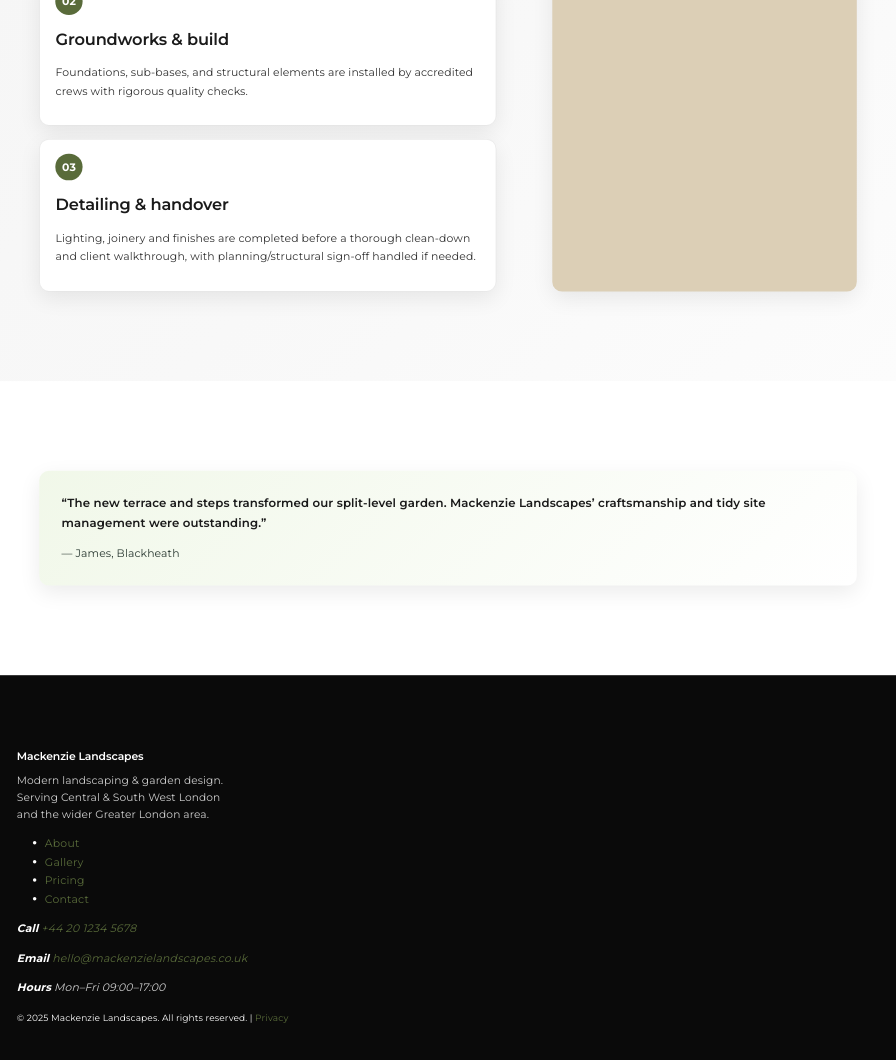
Repository: JoelMann1/MackenzieLandscapes
Page: hardscaping.html
An editor plug-in stored every save of this project. The page is shown before and after the next save, followed by the edit.
The browser window is 1280 px wide. The pictures show the part of the page from y = 1932 to 3852 px (the page is 3446 px tall before and 3852 px after), at 70% of full size.

Above is the page before, as saved 2025-10-22 17:20:20.

### hardscaping.html
<!doctype html>
<html lang="en-GB">
<head>
  <meta charset="utf-8" />
  <meta name="viewport" content="width=device-width, initial-scale=1" />
  <title>Hardscaping &mdash; Mackenzie Landscapes</title>
  <meta name="description" content="Structural landscaping elements such as patios, steps, retaining walls, decks, and lighting.">
  <meta name="theme-color" content="#1B8A64">
  <link rel="icon" href="assets/img/favicon.svg" type="image/svg+xml">
  <link rel="stylesheet" href="assets/css/styles.css">
  <meta property="og:title" content="Hardscaping &mdash; Mackenzie Landscapes">
  <meta property="og:description" content="Patios, paths, retaining walls, and outdoor structures engineered for longevity.">
  <meta property="og:type" content="website">
  <meta property="og:image" content="assets/img/IMG-5466-1024x768.jpg">
  <meta property="og:locale" content="en_GB">
</head>
<body>
<a class="skip-link" href="#content">Skip to content</a>
<header class="site-header" data-header>
  <div class="nav-inner">
    <a class="logo" href="index.html" aria-label="Mackenzie Landscapes home">
      <svg aria-hidden="true" viewBox="0 0 64 64"><use href="assets/img/favicon.svg#leaf"/></svg>
      <span class="visually-hidden">Mackenzie Landscapes</span>
    </a>
    <nav class="primary-nav" aria-label="Primary">
      <ul class="menu" role="menubar">
        <li class="menu-item"><a role="menuitem" href="index.html">Home</a></li>
        <li class="menu-item"><a role="menuitem" href="about.html">About</a></li>
        <li class="menu-item has-panel" data-menu="services">
          <button class="menu-trigger" type="button" aria-expanded="false" aria-controls="panel-services" role="menuitem">
            Services
          </button>
          <div id="panel-services" class="menu-panel" role="menu" hidden>
            <div class="panel-col" role="none">
              <span class="panel-heading">Design &amp; Planning</span>
              <a role="menuitem" href="concept-and-design.html">Concept &amp; Design</a>
              <a role="menuitem" href="softscaping.html">Softscaping</a>
            </div>
            <div class="panel-col" role="none">
              <span class="panel-heading">Build &amp; Care</span>
              <a role="menuitem" href="hardscaping.html">Hardscaping</a>
              <a role="menuitem" href="tree-care.html">Tree Care</a>
              <a role="menuitem" href="commercial.html">Commercial</a>
              <a role="menuitem" href="maintenance.html">Maintenance</a>
            </div>
          </div>
        </li>
        <li class="menu-item has-panel" data-menu="projects">
          <button class="menu-trigger" type="button" aria-expanded="false" aria-controls="panel-projects" role="menuitem">
            Projects
          </button>
          <div id="panel-projects" class="menu-panel" role="menu" hidden>
            <div class="panel-col" role="none">
              <span class="panel-heading">Featured</span>
              <a role="menuitem" href="gallery.html">Gallery Overview</a>
              <a role="menuitem" href="gallery.html#lighting">Lighting &amp; ambience</a>
            </div>
            <div class="panel-col" role="none">
              <span class="panel-heading">Details</span>
              <a role="menuitem" href="gallery.html#hardscape">Hardscape detailing</a>
              <a role="menuitem" href="gallery.html#planting">Planting inspiration</a>
            </div>
          </div>
        </li>
        <li class="menu-item"><a role="menuitem" href="pricing.html">Pricing</a></li>
      </ul>
    </nav>
    <div class="nav-cta">
      <a class="cta" href="contact.html">Contact Us</a>
      <a class="phone" href="tel:+442012345678">+44 20 1234 5678</a>
    </div>
    <button class="mobile-menu-toggle" type="button" aria-label="Toggle mobile menu" aria-expanded="false" aria-controls="mobile-menu">
      <span class="hamburger-line"></span>
      <span class="hamburger-line"></span>
      <span class="hamburger-line"></span>
    </button>
  </div>
</header>

<!-- Mobile Menu Overlay -->
<div class="mobile-menu" id="mobile-menu" aria-hidden="true">
  <div class="mobile-menu__inner">
    <nav class="mobile-nav" aria-label="Mobile navigation">
      <ul class="mobile-menu__list">
        <li class="mobile-menu__item">
          <a href="index.html" class="mobile-menu__link">Home</a>
        </li>
        <li class="mobile-menu__item">
          <a href="about.html" class="mobile-menu__link">About</a>
        </li>
        <li class="mobile-menu__item mobile-menu__item--has-submenu">
          <button class="mobile-menu__link mobile-submenu-toggle" type="button" aria-expanded="false">
            Services
            <svg class="submenu-arrow" width="12" height="12" viewBox="0 0 12 12" fill="none">
              <path d="M2 4L6 8L10 4" stroke="currentColor" stroke-width="2" stroke-linecap="round"/>
            </svg>
          </button>
          <ul class="mobile-submenu">
            <li><a href="concept-and-design.html">Concept &amp; Design</a></li>
            <li><a href="softscaping.html">Softscaping</a></li>
            <li><a href="hardscaping.html">Hardscaping</a></li>
            <li><a href="tree-care.html">Tree Care</a></li>
            <li><a href="commercial.html">Commercial</a></li>
            <li><a href="maintenance.html">Maintenance</a></li>
          </ul>
        </li>
        <li class="mobile-menu__item mobile-menu__item--has-submenu">
          <button class="mobile-menu__link mobile-submenu-toggle" type="button" aria-expanded="false">
            Projects
            <svg class="submenu-arrow" width="12" height="12" viewBox="0 0 12 12" fill="none">
              <path d="M2 4L6 8L10 4" stroke="currentColor" stroke-width="2" stroke-linecap="round"/>
            </svg>
          </button>
          <ul class="mobile-submenu">
            <li><a href="gallery.html">Gallery Overview</a></li>
            <li><a href="gallery.html#residential">Residential Gardens</a></li>
            <li><a href="gallery.html#lighting">Lighting Schemes</a></li>
            <li><a href="gallery.html#hardscape">Hardscape Detailing</a></li>
          </ul>
        </li>
        <li class="mobile-menu__item">
          <a href="pricing.html" class="mobile-menu__link">Pricing</a>
        </li>
      </ul>
      <div class="mobile-menu__cta">
        <a class="mobile-cta-btn" href="contact.html">Contact Us</a>
        <a class="mobile-phone" href="tel:+442012345678">+44 20 1234 5678</a>
      </div>
    </nav>
  </div>
</div>
<main id="content">

<section class="service-hero">
  <div class="container">
    <div class="split">
      <div class="service-hero__intro">
        <p class="eyebrow">Structural craft</p>
        <h1>Hardscaping</h1>
        <p>Durable, beautifully detailed patios, paths and structures that anchor your garden.</p>
        <ul class="service-meta">
          <li>Paving &amp; terraces</li>
          <li>Outdoor structures (pergolas, screens, garden rooms)</li>
          <li>Retaining &amp; levels</li>
          <li>Drainage &amp; lighting integration</li>
        </ul>
      </div>
      <div class="service-hero__media">
        <img src="assets/img/IMG-5466-1024x768.jpg" alt="Stone patio and steps under construction">
      </div>
    </div>
    <nav class="service-nav" aria-label="Service navigation">
      <ul>
        <li><a href="concept-and-design.html">Concept &amp; Design</a></li>
        <li><a href="softscaping.html">Softscaping</a></li>
        <li><a href="hardscaping.html" aria-current="page">Hardscaping</a></li>
        <li><a href="tree-care.html">Tree Care</a></li>
        <li><a href="commercial.html">Commercial</a></li>
        <li><a href="maintenance.html">Maintenance</a></li>
      </ul>
    </nav>
  </div>
</section><div id="header-sentinel" aria-hidden="true"></div>

<section class="section">
  <div class="container">
    <h2>Hardscape solutions</h2>
    <div class="service-grid">
      <article class="card">
        <img src="assets/img/IMG-5156-1260x945.jpg" alt="Finished limestone patio with outdoor seating">
        <div class="card-body">
          <h3>Paving &amp; terraces</h3>
          <p>Natural stone, porcelain, and composite surface options with precision cuts, drainage, and lighting built in.</p>
        </div>
      </article>
      <article class="card">
        <img src="assets/img/IMG-5199-840x630.jpg" alt="Timber pergola with built-in bench seating">
        <div class="card-body">
          <h3>Outdoor structures</h3>
          <p>Decks, pergolas, screening, and garden rooms crafted in hardwoods or aluminium to complement architecture.</p>
        </div>
      </article>
      <article class="card">
        <img src="assets/img/IMG-5466-1024x768.jpg" alt="Retaining wall construction with precision stonework">
        <div class="card-body">
          <h3>Retaining &amp; levels</h3>
          <p>Engineered retaining walls, planters, and steps that manage sloped sites while adding visual interest.</p>
        </div>
      </article>
    </div>
  </div>
</section>

<section class="section alt">
  <div class="container split">
    <div>
      <h2>Built to last</h2>
      <ul class="step-list">
        <li class="step">
          <span class="step-number">01</span>
          <h3>Technical survey</h3>
          <p>We capture levels, services, and existing structures before creating construction drawings and drainage plans.</p>
        </li>
        <li class="step">
          <span class="step-number">02</span>
          <h3>Groundworks &amp; build</h3>
          <p>Foundations, sub-bases, and structural elements are installed by accredited crews with rigorous quality checks.</p>
        </li>
        <li class="step">
          <span class="step-number">03</span>
          <h3>Detailing &amp; handover</h3>
          <p>Lighting, joinery and finishes are completed before a thorough clean-down and client walkthrough, with planning/structural sign-off handled if needed.</p>
        </li>
      </ul>
    </div>
    <div class="callout">
      <h3>Need planning or structural sign-off?</h3>
      <p>We coordinate with structural engineers and local authorities, ensuring compliance with building regulations.</p>
      <a class="btn btn--secondary" href="contact.html"><span data-alt="Discuss your build">Discuss your build</span></a>
    </div>
  </div>
</section>

<section class="section">
  <div class="container testimonial" data-reveal>
    <blockquote>&ldquo;The new terrace and steps transformed our split-level garden. Mackenzie Landscapes&rsquo; craftsmanship and tidy site management were outstanding.&rdquo;</blockquote>
    <cite>&mdash; James, Blackheath</cite>
  </div>
</section>

</main>
<footer class="site-footer">
  <div class="container footer-grid" data-reveal>
    <div class="footer-brand">
      <h4>Mackenzie Landscapes</h4>
      <p>Modern landscaping &amp; garden design. Serving Central &amp; South West London and the wider Greater London area.</p>
    </div>
    <nav aria-label="Footer">
      <ul class="foot-links">
        <li><a href="about.html">About</a></li>
        <li><a href="gallery.html">Gallery</a></li>
        <li><a href="pricing.html">Pricing</a></li>
        <li><a href="contact.html">Contact</a></li>
      </ul>
    </nav>
    <address>
      <p><strong>Call</strong> <a href="tel:+442012345678">+44 20 1234 5678</a></p>
      <p><strong>Email</strong> <a href="mailto:hello@mackenzielandscapes.co.uk">hello@mackenzielandscapes.co.uk</a></p>
      <p><strong>Hours</strong> Mon&ndash;Fri 09:00&ndash;17:00</p>
    </address>
  </div>
  <div class="container fine">
    <small>&copy; <span id="year"></span> Mackenzie Landscapes. All rights reserved. | <a href="#">Privacy</a></small>
  </div>
</footer>
<script src="assets/js/main.js"></script>
</body>
</html>

Loaded but not shown: assets/js/main.js (486 lines, source omitted); assets/css/styles.css (3261 lines, source omitted)

After the next save:
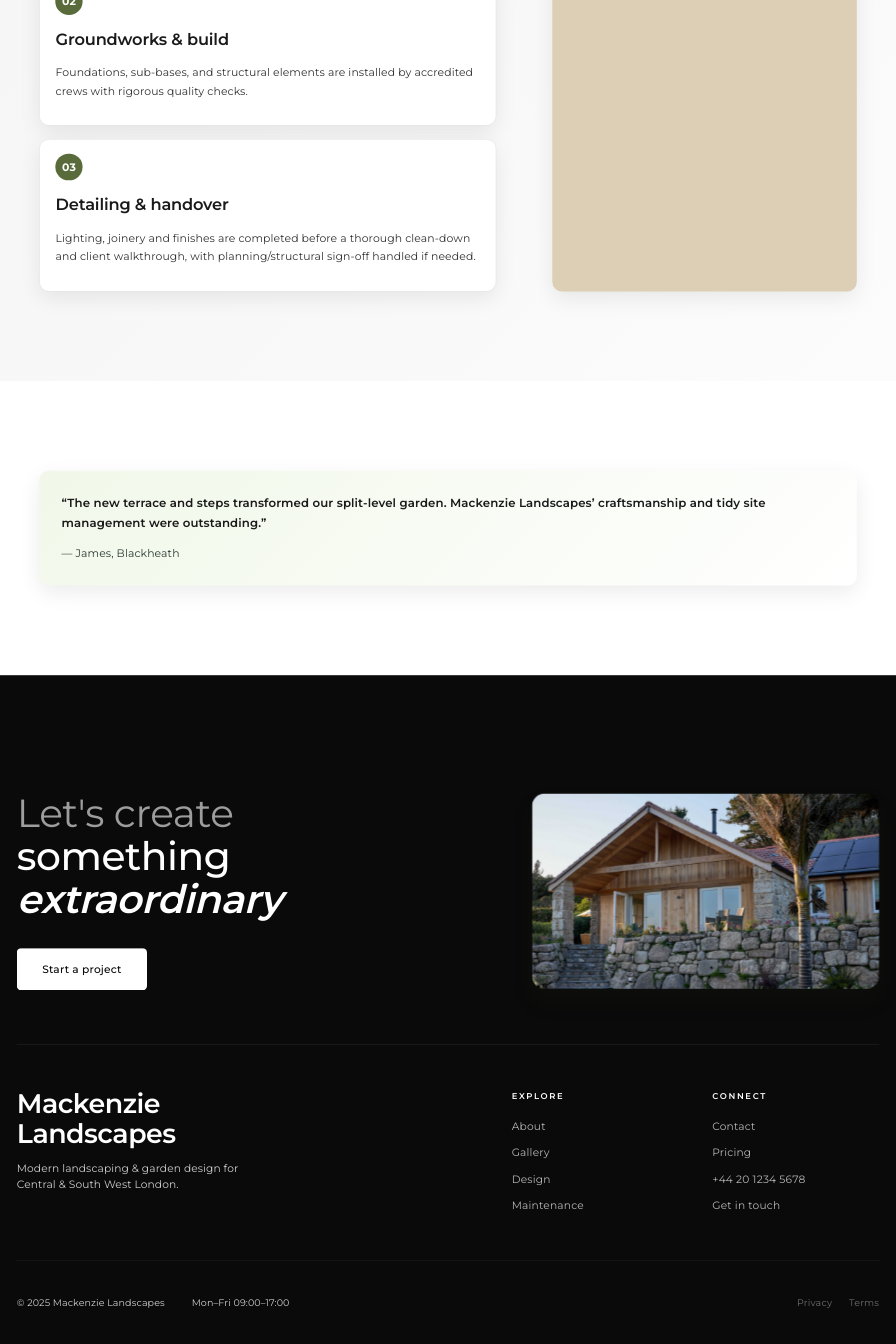
Saved 27 s later.
--- a/hardscaping.html
+++ b/hardscaping.html
@@ -230,27 +230,63 @@
 
 </main>
 <footer class="site-footer">
-  <div class="container footer-grid" data-reveal>
-    <div class="footer-brand">
-      <h4>Mackenzie Landscapes</h4>
-      <p>Modern landscaping &amp; garden design. Serving Central &amp; South West London and the wider Greater London area.</p>
-    </div>
-    <nav aria-label="Footer">
-      <ul class="foot-links">
-        <li><a href="about.html">About</a></li>
-        <li><a href="gallery.html">Gallery</a></li>
-        <li><a href="pricing.html">Pricing</a></li>
-        <li><a href="contact.html">Contact</a></li>
-      </ul>
-    </nav>
-    <address>
-      <p><strong>Call</strong> <a href="tel:+442012345678">+44 20 1234 5678</a></p>
-      <p><strong>Email</strong> <a href="mailto:hello@mackenzielandscapes.co.uk">hello@mackenzielandscapes.co.uk</a></p>
-      <p><strong>Hours</strong> Mon&ndash;Fri 09:00&ndash;17:00</p>
-    </address>
-  </div>
-  <div class="container fine">
-    <small>&copy; <span id="year"></span> Mackenzie Landscapes. All rights reserved. | <a href="#">Privacy</a></small>
+  <div class="container">
+    <div class="footer-hero footer-hero--with-image">
+      <div class="footer-hero__content">
+        <h2 class="footer-hero__title">
+          <span class="footer-hero__line" data-footer-line>Let's create</span>
+          <span class="footer-hero__line footer-hero__line--large" data-footer-line>something</span>
+          <span class="footer-hero__line footer-hero__line--accent" data-footer-line>extraordinary</span>
+        </h2>
+        <div class="footer-hero__cta" data-footer-fade>
+          <a href="contact.html" class="footer-cta-btn">Start a project</a>
+        </div>
+      </div>
+      <div class="footer-hero__image" data-footer-fade>
+        <img src="assets/img/Racket-Town-Cottage-Tresco-42.jpg" alt="Mackenzie Landscapes project">
+      </div>
+    </div>
+
+    <div class="footer-content">
+      <div class="footer-main">
+        <div class="footer-brand" data-footer-fade>
+          <h3>Mackenzie<br>Landscapes</h3>
+          <p>Modern landscaping &amp; garden design for Central &amp; South West London.</p>
+        </div>
+
+        <nav class="footer-nav" aria-label="Footer navigation" data-footer-fade>
+          <div class="footer-nav__col">
+            <h4>Explore</h4>
+            <ul>
+              <li><a href="about.html">About</a></li>
+              <li><a href="gallery.html">Gallery</a></li>
+              <li><a href="concept-and-design.html">Design</a></li>
+              <li><a href="maintenance.html">Maintenance</a></li>
+            </ul>
+          </div>
+          <div class="footer-nav__col">
+            <h4>Connect</h4>
+            <ul>
+              <li><a href="contact.html">Contact</a></li>
+              <li><a href="pricing.html">Pricing</a></li>
+              <li><a href="tel:+442012345678">+44 20 1234 5678</a></li>
+              <li><a href="mailto:hello@mackenzielandscapes.co.uk">Get in touch</a></li>
+            </ul>
+          </div>
+        </nav>
+      </div>
+
+      <div class="footer-bottom" data-footer-fade>
+        <div class="footer-meta">
+          <p>&copy; <span id="year"></span> Mackenzie Landscapes</p>
+          <p>Mon&ndash;Fri 09:00&ndash;17:00</p>
+        </div>
+        <div class="footer-legal">
+          <a href="#">Privacy</a>
+          <a href="#">Terms</a>
+        </div>
+      </div>
+    </div>
   </div>
 </footer>
 <script src="assets/js/main.js"></script>
